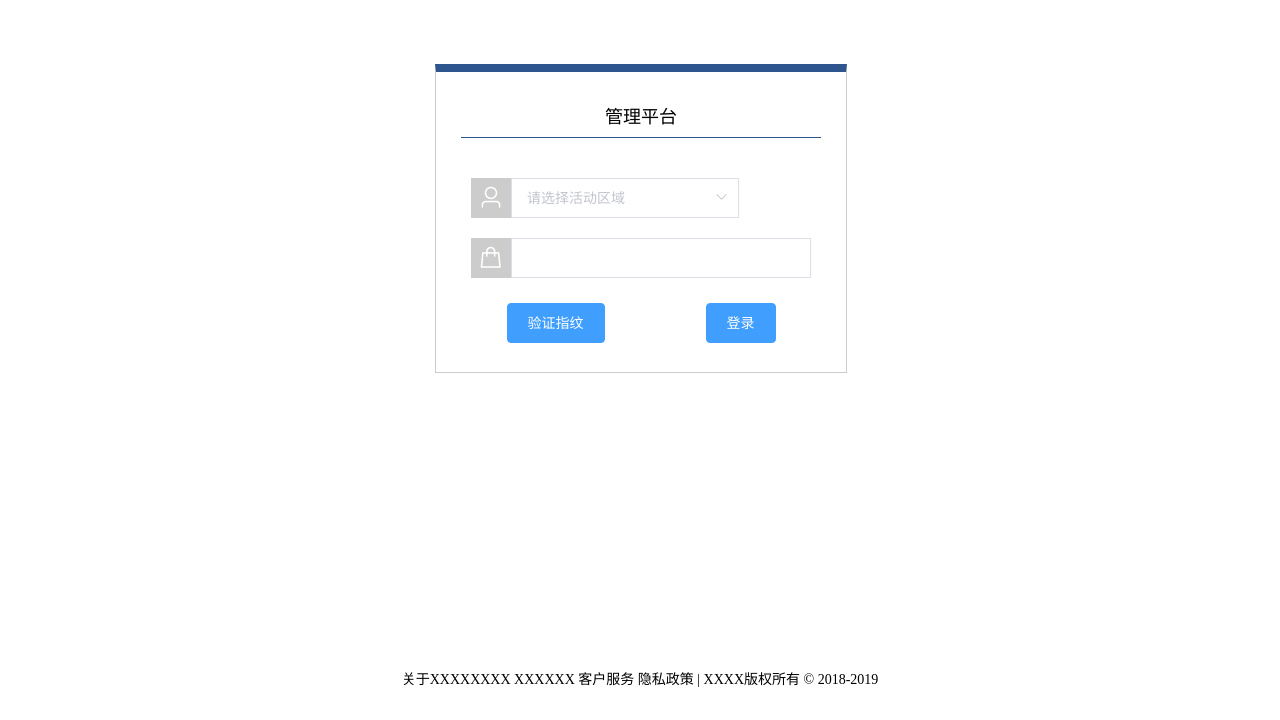
Repository: lff528/man_system
Page: /
An editor plug-in stored every save of this project. The page is shown before and after the next save, followed by the edit.
The browser window is 1280 px wide. The pictures show the whole page.
The project was rebuilt for these pictures with package versions that can differ from the ones it lists, and the page was loaded fresh each time.

Above is the page before, as saved 2020-01-03 13:41:03.

### index.html
<!DOCTYPE html>
<html>
  <head>
    <meta charset="utf-8">
    <meta name="viewport" content="width=device-width,initial-scale=1.0">
    <title>emcsWebUI</title>
  </head>
  <body>
    <div id="app"></div>
    <!-- built files will be auto injected -->
  </body>
</html>

### src/main.js
// The Vue build version to load with the `import` command
// (runtime-only or standalone) has been set in webpack.base.conf with an alias.
import Vue from 'vue'
import App from './App'
import router from './router'
import ElementUI from 'element-ui';
import 'element-ui/lib/theme-chalk/index.css';
import "./assets/css/reset.css";
// import "./assets/css/iconfont.css"
Vue.use(ElementUI);
Vue.config.productionTip = false

/* eslint-disable no-new */
new Vue({
  el: '#app',
  router,
  components: { App },
  template: '<App/>'
})

### src/router/index.js
import Vue from 'vue'
import Router from 'vue-router'
import login from '@/components/login'
import routers from "../until/router"


Vue.use(Router)

let routerAll = {
  routes: [
    {
      path: '/',
      name: 'login',
      component: login
    },
    {
      path: '/main',
      name: 'main',
      component: resolve => require(['@/view/main'], resolve),
      children:[{
        path: '/',
        name: 'shouye',
        component: resolve => require(['@/view/main/shouye'], resolve),
      },
      {
        path: '/quanzhanzonglan',
        name: 'quanzhanzonglan',
        component: resolve => require(['@/view/footerNav/quanzhanzonglan'], resolve),
      },
      {
        path: '/quanzhanbaowen',
        name: 'quanzhanbaowen',
        component: resolve => require(['@/view/footerNav/quanzhanbaowen'], resolve),
      },
      {
        path: '/yuexianxinxi',
        name: 'yuexianxinxi',
        component: resolve => require(['@/view/footerNav/yuexianxinxi'], resolve),
      },
      {
        path: '/yichangshebei',
        name: 'yichangshebei',
        component: resolve => require(['@/view/footerNav/yichangshebei'], resolve),
      },
    ]
    }
  ]
}
routers.forEach((item=>{
  if(item.children){


  item.children.forEach((itemA)=>{
    routerAll.routes[1].children.push({
      path: itemA.path,
      name: itemA.name,
      component: itemA.component,
    })
  })
}
}))

// console.log(routerAll.routes[1].children)
const router = new Router(routerAll)


export default router

### src/assets/css/reset.css
html{
	color:#000;
	background:#FFF;
}
body, div, dl, dt, dd, ul, ol, li,h1, h2, h3, h4, h5, h6, pre, code,form, fieldset, legend, input, button,textarea, p, blockquote, th, td {
	margin: 0;
	padding: 0;
	font-size: 14px;
}
html,body{
	height: 100%;
	background-color: #0b2b4a;
}
fieldset, img{
	border:0;
}
input,select,textarea{
	outline:none;
}
textarea{
	resize:none;
}
a{
	text-decoration:none;
}
table {
	border-collapse:collapse;
	border-spacing:0;
}
address,
caption,
cite,
code,
dfn,
em,
strong,
th,
var {
	font-style:normal;
	font-weight:normal;
}

ol,
ul {
	list-style:none;
}
/*版心*/
.w {
	width: 1170px;
	margin: 0 auto;
}

/* 万能清除浮动*/
.clearfix{
	zoom:1;
}
.clearfix:after{
    content: '';
    display:block;
    clear:both;
}

.left {
	float: left;
}

.right {
	float: right;
}

### src/components/login/index.vue
<template>
  <div class="login">
     <div class="login_header" :style="{height:curHeight+'px'}">
       <div class="main">
           <p class="main_title">管理平台</p>
          <div class="from_box">
              <p class="user_p">
                <span class="el-icon-user"></span>
                <el-select v-model="form.name" placeholder="请选择活动区域">
                  <el-option label="区域一" value="shanghai"></el-option>
                  <el-option label="区域二" value="beijing"></el-option>
                </el-select>
              </p>
              <p class="user_p">
                <span class="el-icon-goods" style="width:45px"></span>
                <el-input v-model="form.password"></el-input>
              </p>
              <p>
                 <el-button type="primary"  @click="onSubmit">验证指纹</el-button>
                  <el-button type="primary" @click="onSubmit">登录</el-button>
              </p>
          </div>
       </div>

     </div>
     <p class="login_footer">关于XXXXXXXX XXXXXX 客户服务 隐私政策 | XXXX版权所有 © 2018-2019</p>
  </div>
</template>

<script>
export default {
  name: 'login',
  data () {
    return {
      curHeight:'',
      form:{
        name:'',
        password:''
      }
    }
  },
  methods:{
    onSubmit(){
      this.$router.push('/main');

    }
  },
  beforeMount(height) {
      var h = document.documentElement.clientHeight || document.body.clientHeight;
      this.curHeight =h - 80; //减去页面上固定高度height
  },
}
</script>

<!-- Add "scoped" attribute to limit CSS to this component only -->
<style >
 .login .el-input__inner{
    border-radius: 0;
  }

</style>
<style scoped lang="less">

  .login{
      .login_header{
        background: white;
        .main{
          width: 360px;
          height: 250px;
          border: 1px solid #ccc;
          position: relative;
          left: 50%;
          margin-left: -205px;
          top: 10%;
          padding: 25px;
          background: white;
          border-top: 8px solid #2e558e;
          .main_title{
            height: 40px;
            text-align: center;
            line-height: 40px;
            border-bottom: 1px solid #2e558e;
            font-size: 18px;
            font-family: "\5FAE\8F6F\96C5\9ED1"
          }
          .from_box{
            p{
              margin-top: 20px;
              display: flex;
              span:first-child{
                display: inline-block;
                width: 40px;
                height: 40px;
                background: #ccc;
                font-size: 25px;
                line-height: 40px;
                text-align: center;
                color: white;
              }

            }
            p:first-child{
              margin-top: 40px;
            }
            .user_p{
              margin-left: 10px;
              margin-right: 10px;
            }
            p:last-child{
              display: flex;
              justify-content: space-around;
              margin-top: 25px;
            }
          }
        }
      }
      .login_footer{
        height: 80px;
        line-height: 80px;
        text-align: center;
        background: white;
      }
  }
</style>

### src/until/router.js
let routers = [

    {
        title:"消防系统",
        icon:"el-icon-menu",
        children:[
            {
              icon:"el-icon-menu",
                path: '/xiaofangjiankong',
                name: 'xiaofangjiankong',
                component: resolve => require(['@/view/xiaofang/xiaofangjiankong'], resolve),
                title:'消防监控'
              },
              {
                path: '/huozaibaojing',
                name: 'huozaibaojing',
                component: resolve => require(['@/view/xiaofang/huozaibaojing'], resolve),
                title:'火灾报警系统'
              },
              {
                path: '/qitimiehuo',
                name: 'qitimiehuo',
                component: resolve => require(['@/view/xiaofang/qitimiehuo'], resolve),
                title:'气体灭火系统'
              },
              {
                path: '/xiaohuoshuan',
                name: 'xiaohuoshuan',
                component: resolve => require(['@/view/xiaofang/xiaohuoshuan'], resolve),
                title:'消火栓系统'
              },
              {
                path: '/miehuoqipeizhi',
                name: 'miehuoqipeizhi',
                component: resolve => require(['@/view/xiaofang/miehuoqipeizhi'], resolve),
                title:'灭火器配置'
              },
              {
                path: '/yingjizhaoming',
                name: 'yingjizhaoming',
                component: resolve => require(['@/view/xiaofang/yingjizhaoming'], resolve),
                title:'应急照明及疏散指示灯系统'
              },
              {
                path: '/paizhuzhudan',
                name: 'paizhuzhudan',
                component: resolve => require(['@/view/xiaofang/paizhuzhudan'], resolve),
                title:'变压器排油注氮'
              },
              {
                path: '/shuipenwumiehuo',
                name: 'shuipenwumiehuo',
                component: resolve => require(['@/view/xiaofang/shuipenwumiehuo'], resolve),
                title:'变压器水喷雾灭火'
              }
        ]
    },
    {
        title:"安全防范",
        icon:"el-icon-menu",
        children:[
            {
                path: '/anquanfangfan',
                name: 'anquanfangfan',
                component: resolve => require(['@/view/anquanfangfan/anquanfangfan'], resolve),
                title:'安全防范系统'
              },
              {
                path: '/binadianzhanZj',
                name: 'binadianzhanZj',
                component: resolve => require(['@/view/anquanfangfan/binadianzhanZj'], resolve),
                title:'变电站周界系统'
              },
              {
                path: '/shineihongwaiSj',
                name: 'shineihongwaiSj',
                component: resolve => require(['@/view/anquanfangfan/shineihongwaiSj'], resolve),
                title:'室内红外双鉴系统'
              },
              {
                path: '/menjinkongzhi',
                name: 'menjinkongzhi',
                component: resolve => require(['@/view/anquanfangfan/menjinkongzhi'], resolve),
                title:'门禁控制系统'
              },
              {
                path: '/menjinjilu',
                name: 'menjinjilu',
                component: resolve => require(['@/view/anquanfangfan/menjinjilu'], resolve),
                title:'门禁记录系统'
              },

        ]
    },
    {
      title:"在线监测",
      icon:"el-icon-menu",
      children:[
          {
              path: '/zaixianjiance',
              name: 'zaixianjiance',
              component: resolve => require(['@/view/zaixianjiance/zaixianjiance'], resolve),
              title:'在线监测主界面'
            },
            {
              path: '/yousepu',
              name: 'yousepu',
              component: resolve => require(['@/view/zaixianjiance/yousepu'], resolve),
              title:'油色谱在线监测'
            },
            {
              path: '/zhubianjufang',
              name: 'zhubianjufang',
              component: resolve => require(['@/view/zaixianjiance/zhubianjufang'], resolve),
              title:'主变局放在线监测'
            },
            {
              path: '/GISjufang',
              name: 'GISjufang',
              component: resolve => require(['@/view/zaixianjiance/GISjufang'], resolve),
              title:'GIS局放在线监测'
            },
            {
              path: '/bileiqi',
              name: 'bileiqi',
              component: resolve => require(['@/view/zaixianjiance/bileiqi'], resolve),
              title:'避雷器在线监测'
            },
            {
              path: '/GISqishi',
              name: 'GISqishi',
              component: resolve => require(['@/view/zaixianjiance/GISqishi'], resolve),
              title:'GIS气室SF6压力监测'
            },
            {
              path: '/shineiSF6qiti',
              name: 'shineiSF6qiti',
              component: resolve => require(['@/view/zaixianjiance/shineiSF6qiti'], resolve),
              title:'室内SF6气体泄漏监测'
            },

      ]
    },
    {
      title:"给排水系统",
      icon:"el-icon-menu",
      children:[
          {
              path: '/jipaishui',
              name: 'jipaishui',
              component: resolve => require(['@/view/jipaishui/jipaishui'], resolve),
              title:'给排水系统主界面'
            },
            {
              path: '/jishui',
              name: 'jishui',
              component: resolve => require(['@/view/jipaishui/jishui'], resolve),
              title:'给水系统'
            },
            {
              path: '/paishui',
              name: 'paishui',
              component: resolve => require(['@/view/jipaishui/paishui'], resolve),
              title:'排水系统'
            },
            {
              path: '/yuzhishezhi',
              name: 'yuzhishezhi',
              component: resolve => require(['@/view/jipaishui/yuzhishezhi'], resolve),
              title:'阈值设置'
            },
      ]
    },
    {
      title:"环境监控",
      icon:"el-icon-menu",
      children:[
          {
              path: '/huanjingjiankong',
              name: 'huanjingjiankong',
              component: resolve => require(['@/view/huanjingjiankong/huanjingjiankong'], resolve),
              title:'环境监控系统'
            },
            {
              path: '/kongtiaonuantong',
              name: 'kongtiaonuantong',
              component: resolve => require(['@/view/huanjingjiankong/kongtiaonuantong'], resolve),
              title:'空调暖通系统'
            },
            {
              path: '/shengchanzonghelou',
              name: 'shengchanzonghelou',
              component: resolve => require(['@/view/huanjingjiankong/shengchanzonghelou'], resolve),
              title:'生产综合楼'
            },
            {
              path: '/zhanquqixiang',
              name: 'zhanquqixiang',
              component: resolve => require(['@/view/huanjingjiankong/zhanquqixiang'], resolve),
              title:'站区气象'
            },

      ]
    },
    {
      title:"照明控制",
      icon:"el-icon-menu",
      children:[
          {
              path: '/zhaomingkongzhi',
              name: 'zhaomingkongzhi',
              component: resolve => require(['@/view/zhaomingkongzhi/zhaomingkongzhi'], resolve),
              title:'照明控制系统'
            },
            {
              path: '/shengchanzonghelou',
              name: 'shengchanzonghelou',
              component: resolve => require(['@/view/zhaomingkongzhi/shengchanzonghelou'], resolve),
              title:'生产综合楼系统'
            },
      ]
    },
    {
      title:"智能联动",
      icon:"el-icon-menu",
      children:[
          {
              path: '/liandongpeizhi',
              name: 'liandongpeizhi',
              component: resolve => require(['@/view/zhinengliandong/liandongpeizhi'], resolve),
              title:'联动配置'
            },
            {
              path: '/liandongxinxi',
              name: 'liandongxinxi',
              component: resolve => require(['@/view/zhinengliandong/liandongxinxi'], resolve),
              title:'联动信息'
            },
      ]
    },
    {
      title:"智能锁控",
      icon:"el-icon-menu",
      children:[
          {
            path: '/zhinengsuokong',
            name: 'zhinengsuokong',
            component: resolve => require(['@/view/zhinengsuokong/zhinengsuokong'], resolve),
            title:'智能锁控首页'
          },
          {
            path: '/renwushouquan',
            name: 'renwushouquan',
            component: resolve => require(['@/view/zhinengsuokong/renwushouquan'], resolve),
            title:'任务授权'
          },
          {
            path: '/lishichaxun',
            name: 'lishichaxun',
            component: resolve => require(['@/view/zhinengsuokong/lishichaxun'], resolve),
            title:'历史查询'
          },
          {
            path: '/suokongquanxianshezhi',
            name: 'suokongquanxianshezhi',
            component: resolve => require(['@/view/zhinengsuokong/suokongquanxianshezhi'], resolve),
            title:'锁控权限设置'
          }
      ]
    },
    {
      title:"系统配置",
      icon:"el-icon-menu",
      children:[
          {
            path: '/yonghuguanli',
            name: 'yonghuguanli',
            component: resolve => require(['@/view/xitongpeizhi/yonghuguanli'], resolve),
            title:'用户管理'
          },
          {
            path: '/caidanguanli',
            name: 'caidanguanli',
            component: resolve => require(['@/view/xitongpeizhi/caidanguanli'], resolve),
            title:'菜单管理'
          },
          {
            path: '/jueseguanli',
            name: 'jueseguanli',
            component: resolve => require(['@/view/xitongpeizhi/jueseguanli'], resolve),
            title:'角色管理'
          },
          {
            path: '/zuzhijiagou',
            name: 'zuzhijiagou',
            component: resolve => require(['@/view/xitongpeizhi/zuzhijiagou'], resolve),
            title:'组织架构管理'
          },
          {
            path: '/zhanduanweihu',
            name: 'zhanduanweihu',
            component: resolve => require(['@/view/xitongpeizhi/zhanduanweihu'], resolve),
            title:'站端维护'
          },
          {
            path: '/quyuguanli',
            name: 'quyuguanli',
            component: resolve => require(['@/view/xitongpeizhi/quyuguanli'], resolve),
            title:'区域管理'
          },
          {
            path: '/shebeiguanli',
            name: 'shebeiguanli',
            component: resolve => require(['@/view/xitongpeizhi/shebeiguanli'], resolve),
            title:'设备管理'
          },
          {
            path: '/shebeishujumoban',
            name: 'shebeishujumoban',
            component: resolve => require(['@/view/xitongpeizhi/shebeishujumoban'], resolve),
            title:'设备数据模板配置'
          },
          {
            path: '/shebeibushu',
            name: 'shebeibushu',
            component: resolve => require(['@/view/xitongpeizhi/shebeibushu'], resolve),
            title:'设备部署'
          },
          {
            path: '/xitongshezhi',
            name: 'xitongshezhi',
            component: resolve => require(['@/view/xitongpeizhi/xitongshezhi'], resolve),
            title:'系统设置'
          }
      ]
    }
]
export default routers

Loaded but not shown: src/App.vue (common file)

After the next save:
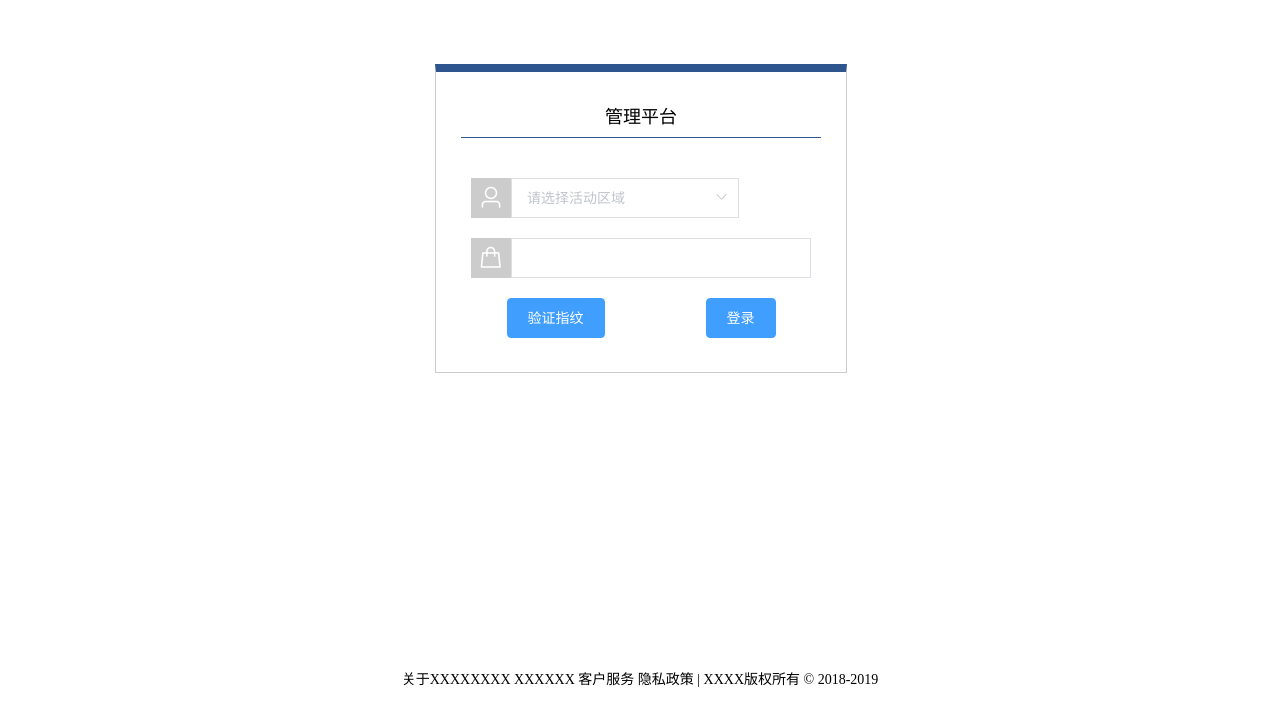
Saved 18 s later.
--- a/src/components/login/index.vue
+++ b/src/components/login/index.vue
@@ -109,7 +109,6 @@ export default {
             p:last-child{
               display: flex;
               justify-content: space-around;
-              margin-top: 25px;
             }
           }
         }
